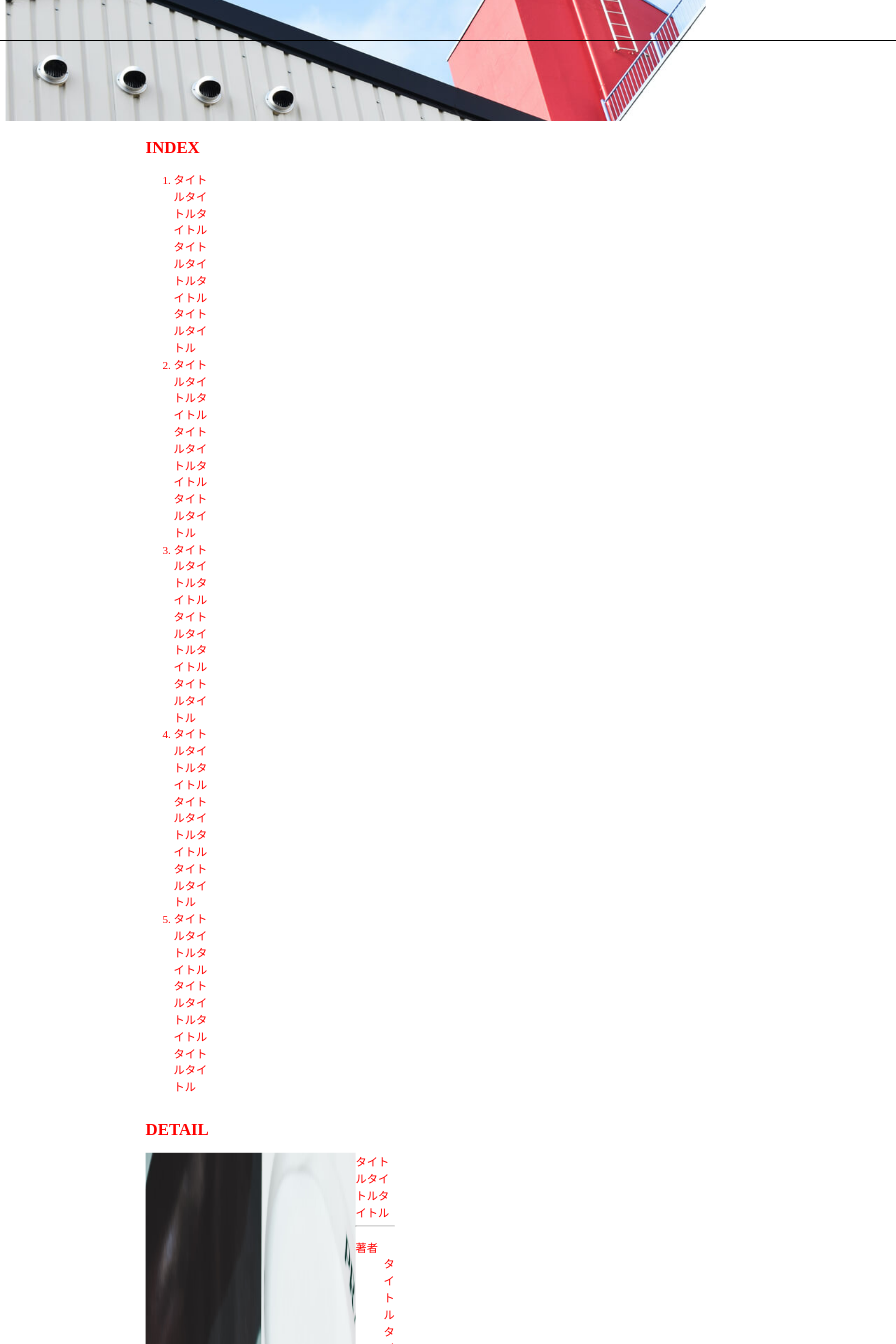
Repository: daytime/LP-study
Page: photo_book/index.html
These files come from the project's save history. The page is drawn as it stood at one moment and after the next save; the edit follows.
The browser window is 1280 px wide. The pictures show the part of the page from y = 307 to 2227 px (the page is 3574 px tall before and 6094 px after), at 70% of full size.

Above is the page before, as saved 2025-01-29 12:29:00.

After the next save:
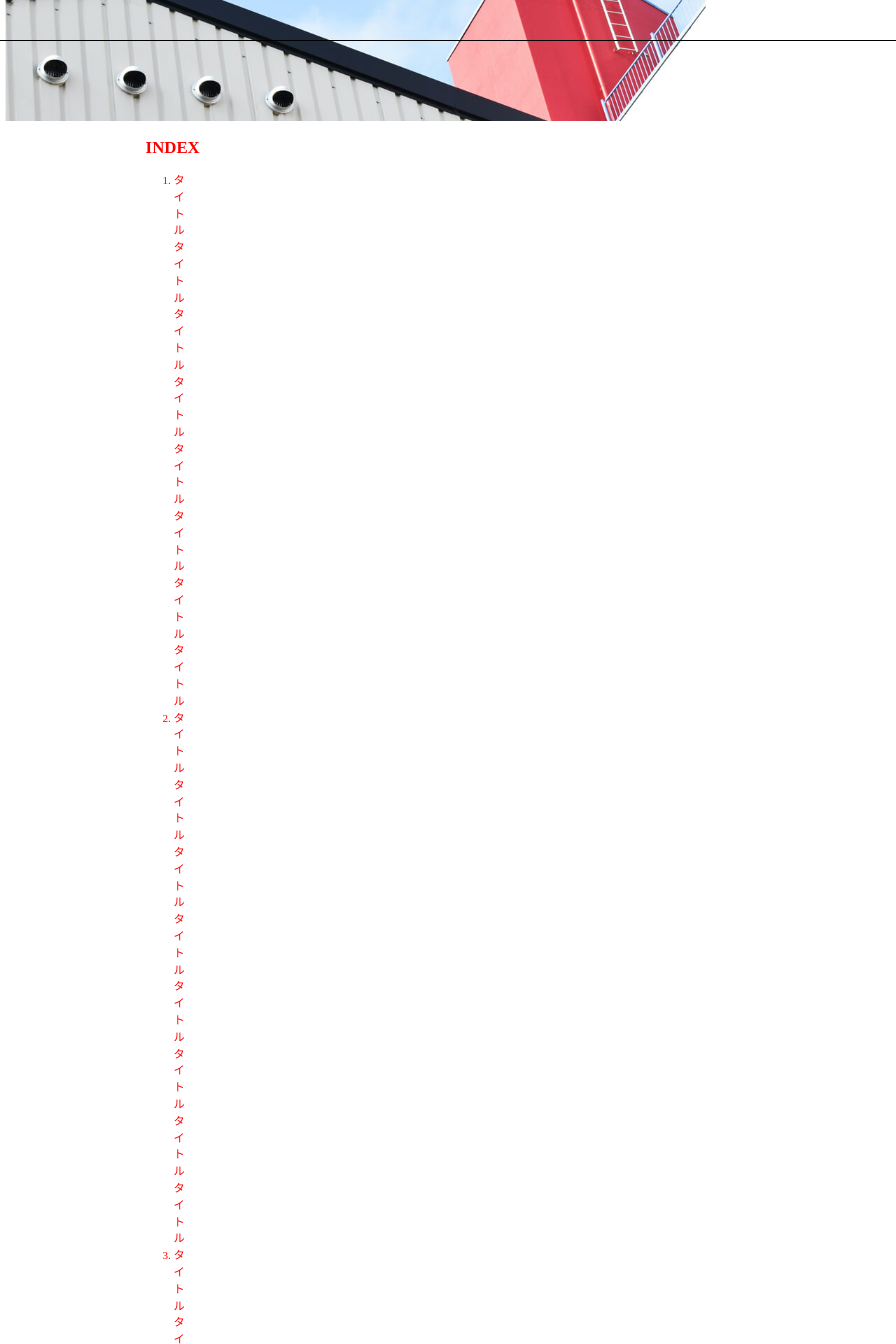
Saved 5 s later.
--- a/photo_book/style.css
+++ b/photo_book/style.css
@@ -1,5 +1,5 @@
 .main {
-  width: 300px;
+  width: 30px;
 }
 
 #index {

After the 2 saves that followed:
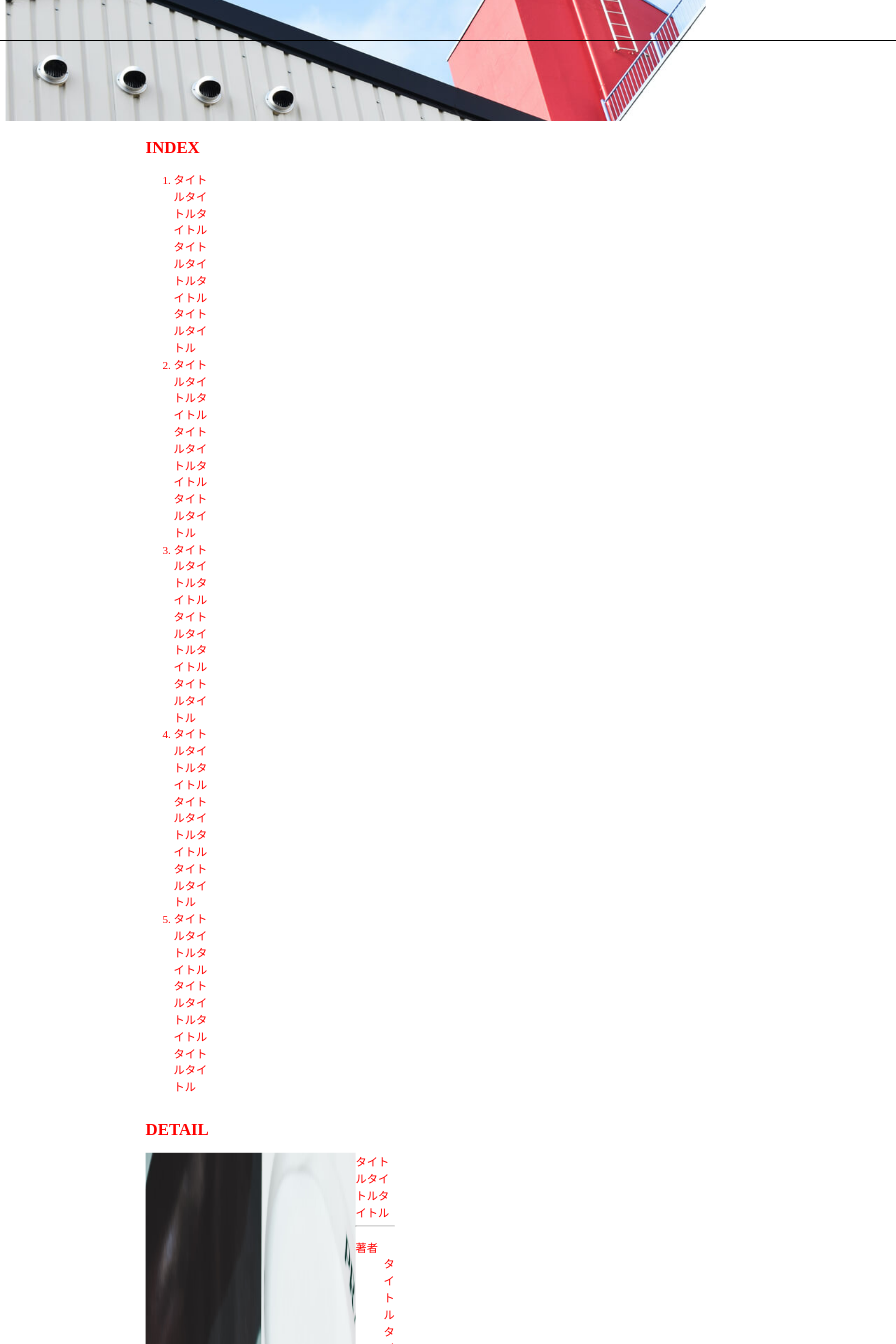
The 2 saves are shown as one change because 1 left the picture as it was.
The last was saved 22 s later.
--- a/photo_book/style.css
+++ b/photo_book/style.css
@@ -1,5 +1,5 @@
 .main {
-  width: 30px;
+  width: 300px;
 }
 
 #index {
